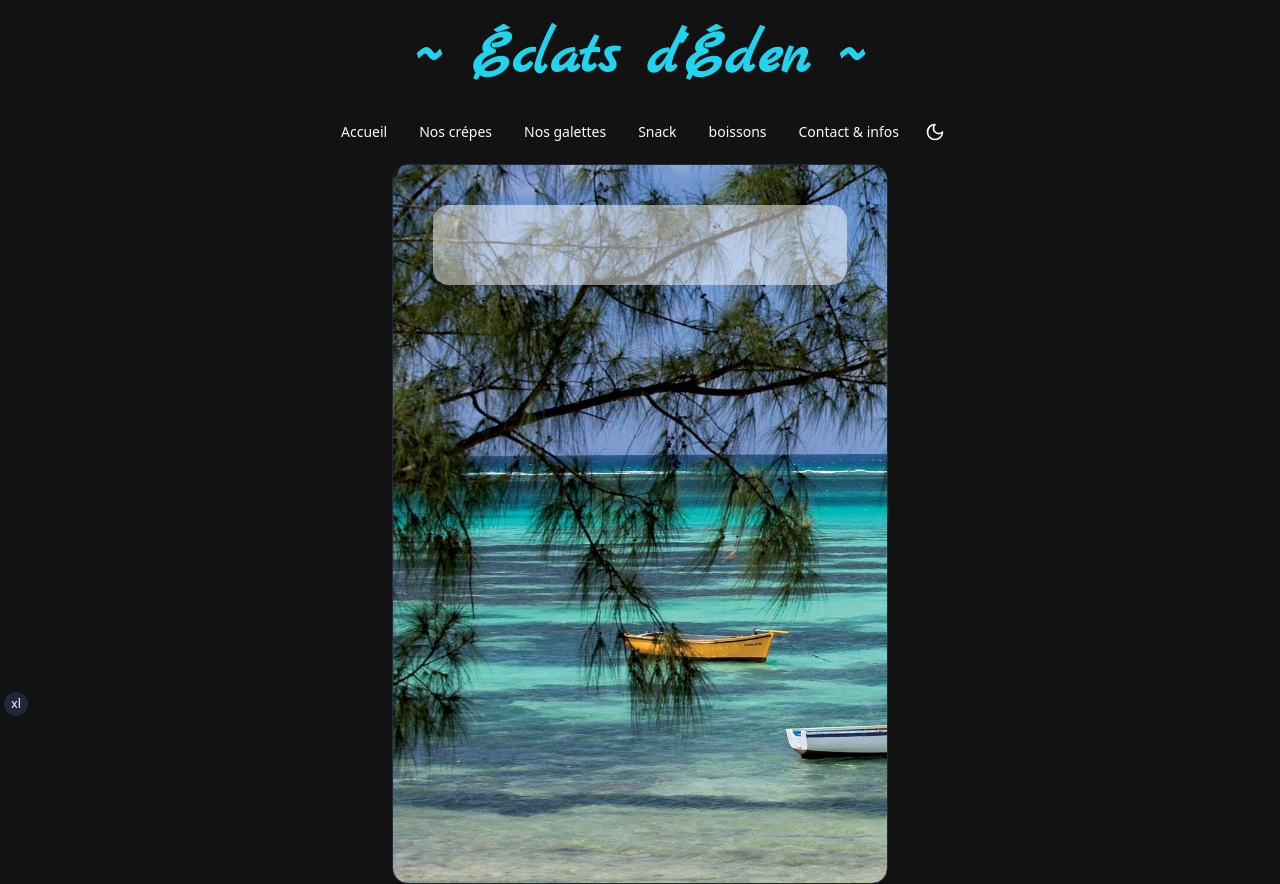
Repository: jeffMauritius/eclats-deden
Page: /schedule
The author's editor kept a copy of each file at every save. The page is drawn from the files as they stood at one save, then again after the next save.
The browser window is 1280 px wide. The pictures show the whole page.
The project was rebuilt for these pictures with package versions that can differ from the ones it lists, and the page was loaded fresh each time. The framework's server and built-in components were replaced by stand-ins that run in the browser. Also part of the build but not shown: next.config.mjs.

Above is the page before, as saved 2024-08-13 07:15:16.

After the next save:
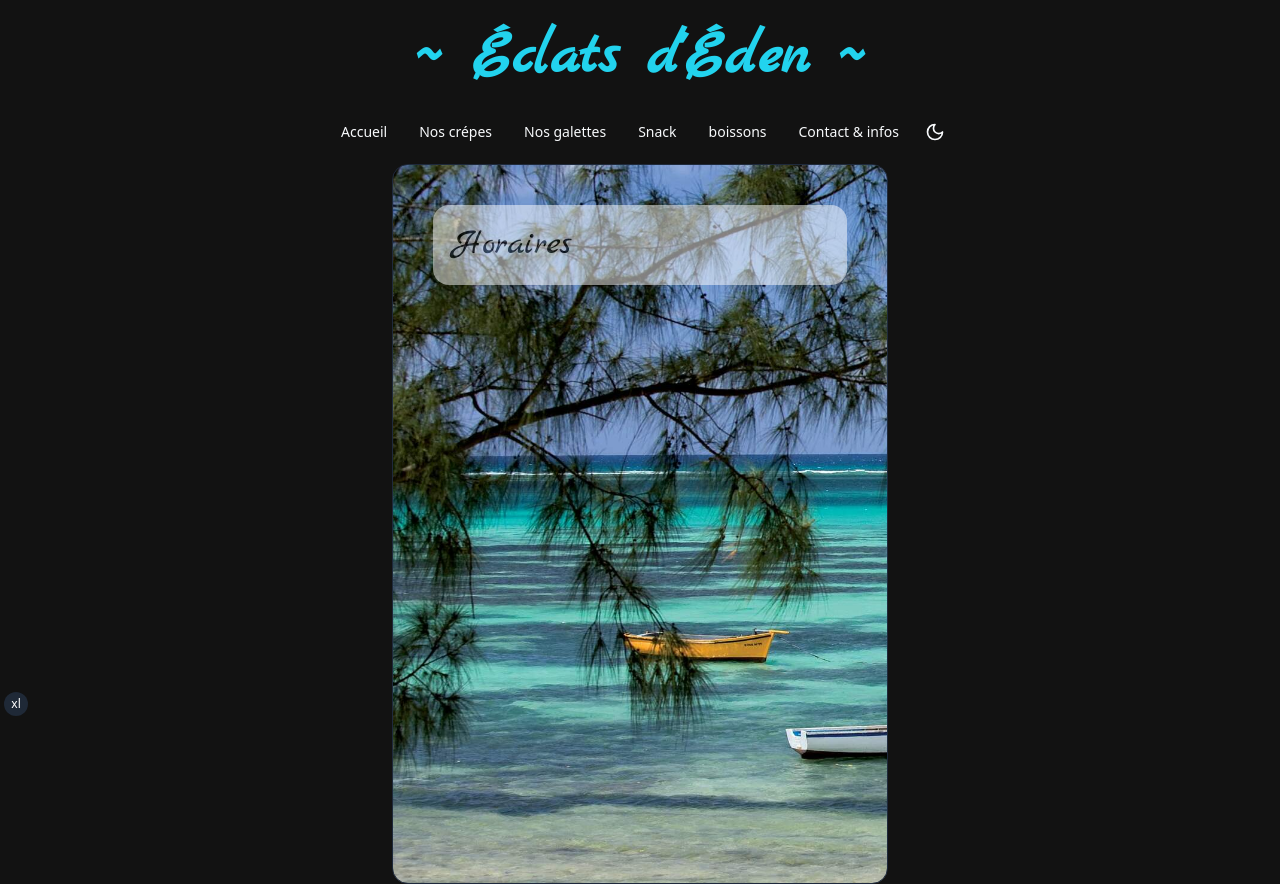
Saved 21 s later.
--- a/app/schedule/page.tsx
+++ b/app/schedule/page.tsx
@@ -5,7 +5,7 @@ const SchedulePage = () => {
         <div className="absolute m-auto h-screen w-2/5 rounded-2xl border bg-[url('/maurice.jpeg')] bg-cover ">
           <div className="relative imageUrl={`bg-[url('/riz.jpeg')] bg-cover`}">
             <div className="m-10 h-full rounded-2xl  bg-white opacity-50">
-              <h1 className="p-5 font-display text-4xl text-white">Horaires</h1>
+              <h1 className="p-5 font-display text-4xl text-black">Horaires</h1>
             </div>
           </div>
         </div>
